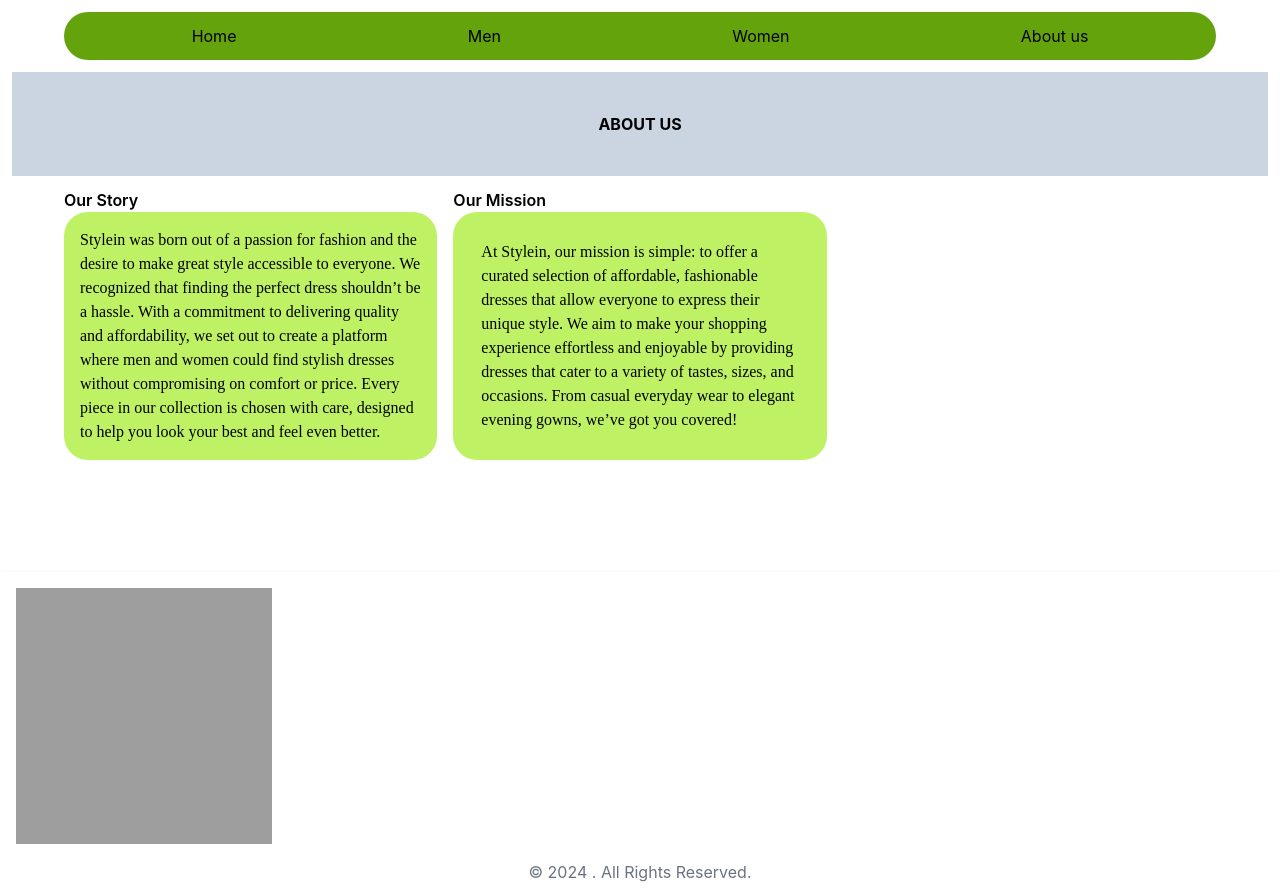
Repository: Mohankkanth/StyleIn_ShoppingSite
Page: /AboutUs
These files come from the project's save history. The page is drawn as it stood at one moment and after a run of saves; the edit follows.
The browser window is 1280 px wide. The pictures show the whole page.
Pictures or frames that could not be fetched are drawn as grey boxes. The project was rebuilt for these pictures with package versions that can differ from the ones it lists, and the page was loaded fresh each time. Also part of the build but not shown: vite.config.js, src/component/Home/Home.jsx, src/component/api/MenProducts.jsx, src/component/Men/Men.jsx, src/component/Women/Women.jsx, src/component/api/KidsProducts.jsx, src/component/Kids/Kids.jsx, src/component/Errorpage/Errorpage.jsx and 18 more.

Above is the page before, as saved 2024-11-23 14:01:45.

### index.html
<!doctype html>
<html lang="en">

<head>
  <meta charset="UTF-8" />
  <meta name="viewport" content="width=device-width, initial-scale=1.0" />


  <link href="https://fonts.googleapis.com/css2?family=Montserrat:wght@400;700&display=swap" rel="stylesheet" />

  <title>Vite + React</title>



</head>

<body>
  <div id="root"></div>
  <script type="module" src="/src/index.jsx"></script>
</body>

</html>

### src/index.jsx
import ReactDOM from "react-dom";
import { createBrowserRouter, RouterProvider, Outlet } from "react-router-dom";
import Home from "./component/Home/Home";
import Men from "./component/Men/Men";
// import MenProducts from "./component/api/MenProducts";
import Women from "./component/Women/Women";
import Kids from "./component/Kids/Kids";
import Header from "./component/Header/Header";
import Footer from "./component/Footer/Footer";
import "./style.css";
import Errorpage from "./component/ErrorPage/Errorpage";
import Shirt from "./component/Men/Shirt";
import T_Shirt from "./component/Men/T_Shirt";
import Pant from "./component/Men/pant";
import Shorts from "./component/Men/Shorts";
import Boys from "./component/Kids/Boys/Boys";
import Girls from "./component/Kids/Girls/Girls";
import Kurtas from "./component/Women/kurtas";
import Sarees from "./component/Women/Saree";
import Leggin from "./component/Women/Leggin";
import Dupattas from "./component/Women/Dupattas";
import AboutUs from "./component/AboutUs/Aboutus";

const AppLayout = () => {
  return (
    <>
      <Header />
      <Outlet />
      <Footer />
    </>
  );
};

// Router Configuration
const Router = createBrowserRouter([
  {
    path: "/",
    element: <AppLayout />,
    children: [
      {
        path: "/",
        element: <Home />,
      },
      {
        path: "/Home",
        element: <Home />,
      },

      {
        path: "/Men",
        element: <Men />,
      },
      {
        path: "/Women",
        element: <Women/>,
      },
      {
        path: "/Kids",
        element: <Kids />,
      },
      {
        path:"/Shirt",
        element:<Shirt/>,
      },
      {
        path:"/T-Shirt",
        element:<T_Shirt/>,
      },
      {
        path:"/Pant",
        element:<Pant/>,
      },
      {
        path:"/Shorts",
        element:<Shorts/>,
      },
      {
        path:"/KidsBoys",
        element:<Boys/>,
      },
      {
        path:"/KidsGirls",
        element:<Girls/>,
      },

      {
        path:"/Kurtas",
        element:<Kurtas/>,
      },
      {
        path:"/Sarees",
        element:<Sarees/>,
      },
      {
        path:"/Leggins",
        element:<Leggin/>
      },
      {
        path:"/Dupattas",
        element:<Dupattas/>
      },
      {
        path:"/AboutUs",
        element:<AboutUs/>
      }
    ],
    errorElement:<Errorpage/>
  },
]);

// Render the Router
const root = ReactDOM.createRoot(document.getElementById("root"));
root.render(<RouterProvider router={Router} />);

### src/component/Header/Header.jsx
import { Link } from "react-router-dom"

const Header = () => {
  return (
    <>

      <div className="2xl:container mx-auto">
        <div className="w-[90%] mx-auto grid-cols-1">
          <div>
            <ul className="flex justify-around p-3 rounded-3xl bg-lime-600 font-mono mt-3">
              <Link to="/Home">
                <li className="hover:cursor-pointer  hover:text-white">Home</li>
              </Link>
              <Link to="/Men">
                <li className="hover:cursor-pointer  hover:text-white">Men
                </li>

              </Link>
              <Link to="/Women">
                <li className="hover:cursor-pointer  hover:text-white">Women</li>
              </Link>
              {/* <Link to="/Kids">
                <li className="hover:cursor-pointer  hover:text-white">Kids</li>
              </Link> */}
              <Link to="/Aboutus">
              <li className="hover:cursor-pointer  hover:text-white">About us</li>
              </Link>
            </ul>
          </div>
        </div>
      </div>
    </>
  )
}


export default Header

### src/component/Footer/Footer.jsx
import { Link } from "react-router-dom"

const Footer = () => {
  return (
    <>
      <footer className="bg-white  shadow  dark:bg-[#333333] mt-28">
        <div className="w-full mx-auto max-w-screen-xl p-4 md:flex md:items-center md:justify-between">
          <div>
          <img src="https://ik.imagekit.io/Sample/E-Commerce/Logo/StyleIn_Logo-removebg-preview.png?updatedAt=1732345349547" alt="" className="h-64 w-64" />

          </div>

          <div className="text-white">
            <p className="font-bold font-[Raleway]">Address</p>
            <p>
              <p className="font-[Raleway]">Stylein Fashion Store </p>
              123 Fashion Street,<br />
              T. Nagar, Chennai,<br /> Tamil Nadu 600017,
              India</p>
          </div>
          <div className="text-white">
            <p className="font-bold font-[Raleway]">Contact</p>
            <p></p>
            <p className="hover:cursor-pointer">Mobile:&nbsp;9523148795</p>
            <p className="hover:cursor-pointer">Email:&nbsp;support@stylein.com</p>
          </div>

          <div className="text-white">
            <p className="font-bold font-[Raleway]">Customer Service Hours</p>
            <p>
              Monday to Friday: 9:00 AM - 6:00 PM <br />
              Saturday: 10:00 AM - 4:00 PM <br />
              Sunday: Closed</p>
          </div>



        </div>
        <div className="flex justify-center pb-3">
        <span className="text-base  text-gray-500 sm:text-center dark:text-gray-400">
            © 2024{" "}
            {/* <a href="https://flowbite.com/" className="hover:underline">
              Flowbite™ </a> */}
            . All Rights Reserved.
          </span>
          </div>
      </footer>

    </>
  )
}


export default Footer

### src/style.css
@tailwind base;
@tailwind components;
@tailwind utilities;



/*Hero section image starting */

.flip-in-hor-bottom {
	-webkit-animation: flip-in-hor-bottom 0.5s cubic-bezier(0.250, 0.460, 0.450, 0.940) both;
	        animation: flip-in-hor-bottom 2s cubic-bezier(0.250, 0.460, 0.450, 0.940) both;
}


/* ----------------------------------------------
 * Generated by Animista on 2024-11-2 22:17:44
 * Licensed under FreeBSD License.
 * See http://animista.net/license for more info.
 * w: http://animista.net, t: @cssanimista
 * ---------------------------------------------- */

/**
 * ----------------------------------------
 * animation flip-in-hor-bottom
 * ----------------------------------------
 */
 @-webkit-keyframes flip-in-hor-bottom {
    0% {
      -webkit-transform: rotateX(80deg);
              transform: rotateX(80deg);
      opacity: 0;
    }
    100% {
      -webkit-transform: rotateX(0);
              transform: rotateX(0);
      opacity: 1;
    }
  }
  @keyframes flip-in-hor-bottom {
    0% {
      -webkit-transform: rotateX(80deg);
              transform: rotateX(80deg);
      opacity: 0;
    }
    100% {
      -webkit-transform: rotateX(0);
              transform: rotateX(0);
      opacity: 1;
    }
  }

  /*Hero section image ending */




  .shake-horizontal {
	-webkit-animation: shake-horizontal 0.5s cubic-bezier(0.455, 0.030, 0.515, 0.955) both;
	        animation: shake-horizontal 30s cubic-bezier(0.455, 0.030, 0.515, 0.955) both;
}


/* ----------------------------------------------
 * Generated by Animista on 2024-11-2 22:48:21
 * Licensed under FreeBSD License.
 * See http://animista.net/license for more info.
 * w: http://animista.net, t: @cssanimista
 * ---------------------------------------------- */

/**
 * ----------------------------------------
 * animation shake-horizontal
 * ----------------------------------------
 */
 @-webkit-keyframes shake-horizontal {
    0%,
    100% {
      -webkit-transform: translateX(0);
              transform: translateX(0);
    }
    10%,
    30%,
    50%,
    70% {
      -webkit-transform: translateX(-10px);
              transform: translateX(-10px);
    }
    20%,
    40%,
    60% {
      -webkit-transform: translateX(10px);
              transform: translateX(10px);
    }
    80% {
      -webkit-transform: translateX(8px);
              transform: translateX(8px);
    }
    90% {
      -webkit-transform: translateX(-8px);
              transform: translateX(-8px);
    }
  }
  @keyframes shake-horizontal {
    0%,
    100% {
      -webkit-transform: translateX(0);
              transform: translateX(0);
    }
    10%,
    30%,
    50%,
    70% {
      -webkit-transform: translateX(-10px);
              transform: translateX(-10px);
    }
    20%,
    40%,
    60% {
      -webkit-transform: translateX(10px);
              transform: translateX(10px);
    }
    80% {
      -webkit-transform: translateX(8px);
              transform: translateX(8px);
    }
    90% {
      -webkit-transform: translateX(-8px);
              transform: translateX(-8px);
    }
  }

### src/component/AboutUs/Aboutus.jsx

import React from 'react';

const AboutUs = () => {
    return (
        <>
            <div className='2xl:container mx-auto'>
                <p className="font-bold bg-slate-300 text-center p-10 m-3">ABOUT US</p>

                <div className=" w-[90%]  mx-auto grid grid-cols-1 md:grid-cols-3 gap-4 ">

                    <div>
                        <p className='font-semibold text-justify '>Our Story</p>
                        <p className='bg-lime-300 p-4 rounded-3xl font-[Raleway]'>
                            Stylein was born out of a passion for fashion and the desire to make great style accessible to everyone. We recognized that finding the perfect dress shouldn’t be a hassle. With a commitment to delivering quality and affordability, we set out to create a platform where men and women could find stylish dresses without compromising on comfort or price. Every piece in our collection is chosen with care, designed to help you look your best and feel even better.</p>
                    </div>
                    <div>
                        <p className='font-semibold text-justify '>Our Mission</p>
                        <p className='bg-lime-300  rounded-3xl font-[Raleway] p-7'>At Stylein, our mission is simple: to offer a curated selection of affordable, fashionable dresses that allow everyone to express their unique style. We aim to make your shopping experience effortless and enjoyable by providing dresses that cater to a variety of tastes, sizes, and occasions. From casual everyday wear to elegant evening gowns, we’ve got you covered!</p>
                    </div>


                </div>
            </div>

        </>
    )
}
export default AboutUs

### tailwind.config.js
/** @type {import('tailwindcss').Config} */
export default {
  content: [
    "./index.html",
    "./src/**/*.{js,ts,jsx,tsx}",
  ],
  theme: {
    extend: {
      colors: {
        primary: {"50":"#eff6ff","100":"#dbeafe","200":"#bfdbfe","300":"#93c5fd","400":"#60a5fa","500":"#3b82f6","600":"#2563eb","700":"#1d4ed8","800":"#1e40af","900":"#1e3a8a","950":"#172554"}
      }
    },
    fontFamily: {
      'body': [
    'Inter',
    'ui-sans-serif',
    'system-ui',
    '-apple-system',
    'system-ui',
    'Segoe UI',
    'Roboto',
    'Helvetica Neue',
    'Arial',
    'Noto Sans',
    'sans-serif',
    'Apple Color Emoji',
    'Segoe UI Emoji',
    'Segoe UI Symbol',
    'Noto Color Emoji'
  ],
      'sans': [
    'Inter',
    'ui-sans-serif',
    'system-ui',
    '-apple-system',
    'system-ui',
    'Segoe UI',
    'Roboto',
    'Helvetica Neue',
    'Arial',
    'Noto Sans',
    'sans-serif',
    'Apple Color Emoji',
    'Segoe UI Emoji',
    'Segoe UI Symbol',
    'Noto Color Emoji'
  ]
    }
  },
  plugins: [],
}

After the next 7 saves:
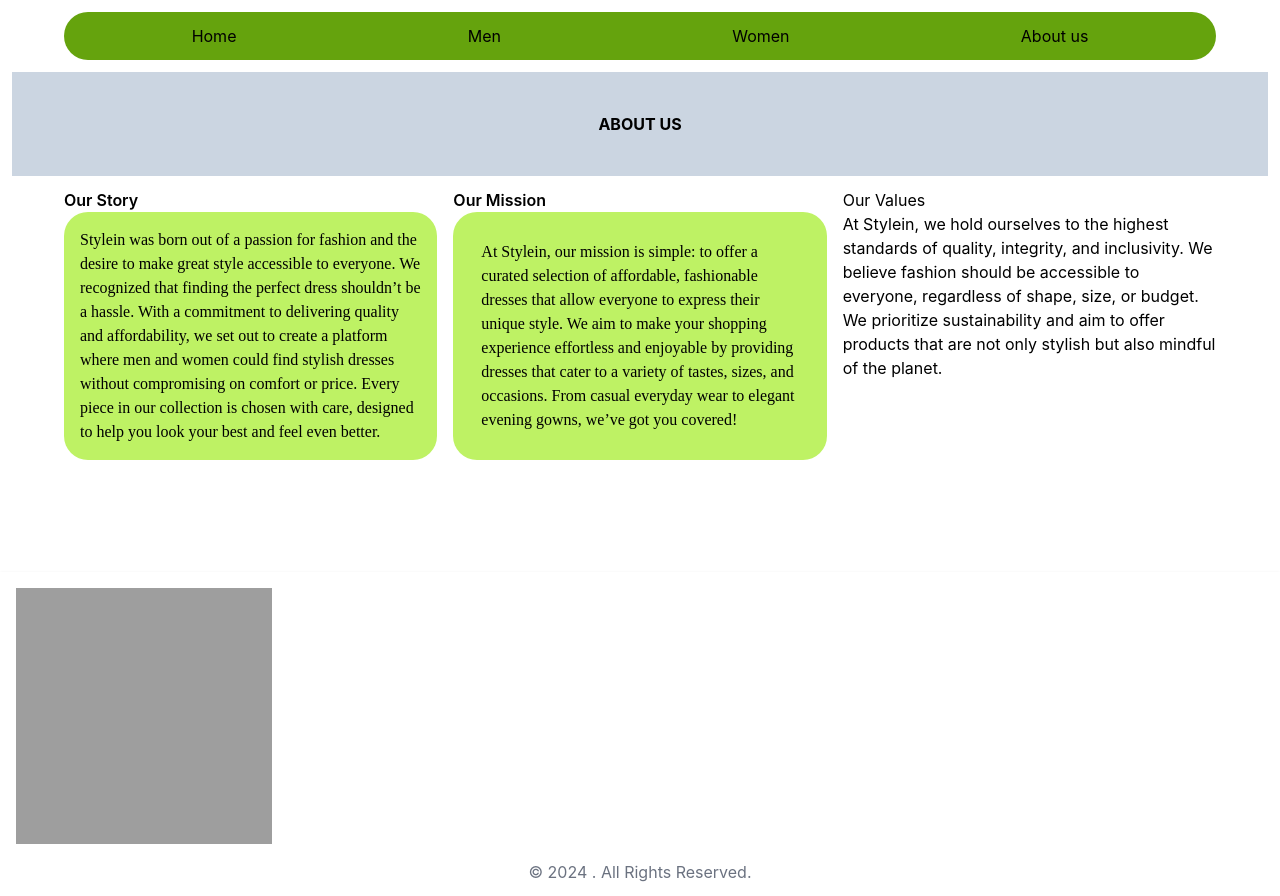
The 7 saves are shown as one change because they came seconds apart.
The last was saved 35 s later.
--- a/src/component/AboutUs/Aboutus.jsx
+++ b/src/component/AboutUs/Aboutus.jsx
@@ -19,6 +19,12 @@
                         <p className='bg-lime-300  rounded-3xl font-[Raleway] p-7'>At Stylein, our mission is simple: to offer a curated selection of affordable, fashionable dresses that allow everyone to express their unique style. We aim to make your shopping experience effortless and enjoyable by providing dresses that cater to a variety of tastes, sizes, and occasions. From casual everyday wear to elegant evening gowns, we’ve got you covered!</p>
                     </div>
 
+                    <div>
+                        <p className=''>Our Values</p>
+                        <p>
+                            At Stylein, we hold ourselves to the highest standards of quality, integrity, and inclusivity. We believe fashion should be accessible to everyone, regardless of shape, size, or budget. We prioritize sustainability and aim to offer products that are not only stylish but also mindful of the planet.</p>
+                    </div>
+
 
                 </div>
             </div>
